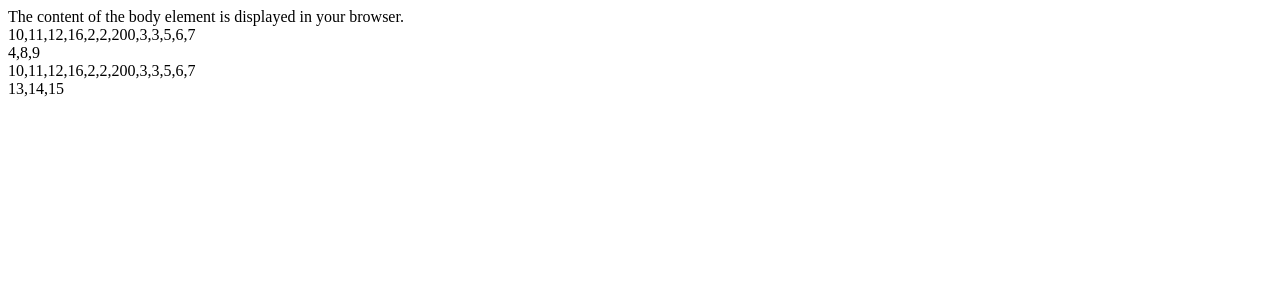
Repository: gperilli/truchetTilingGenerator
Page: test.html
An editor plug-in stored every save of this project. The page is shown before and after the next save, followed by the edit.
The browser window is 1280 px wide. The pictures show the whole page.

Above is the page before, as saved 2023-04-19 01:07:52.

After the next save:
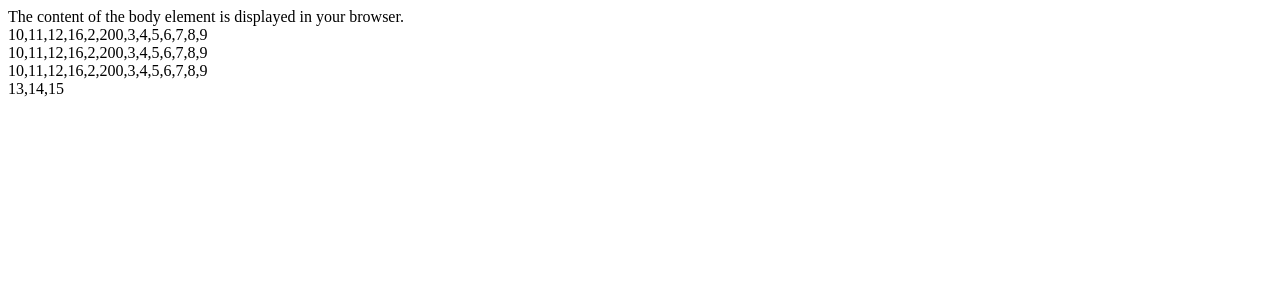
Saved 26 s later.
--- a/test.html
+++ b/test.html
@@ -25,7 +25,7 @@ let unsortedArray = [
     [13, 14],
     [14, 15],
     [16, 200],
-    [3, 2]
+    [3, 4]
 ]
 
 let joinerArray = [];
